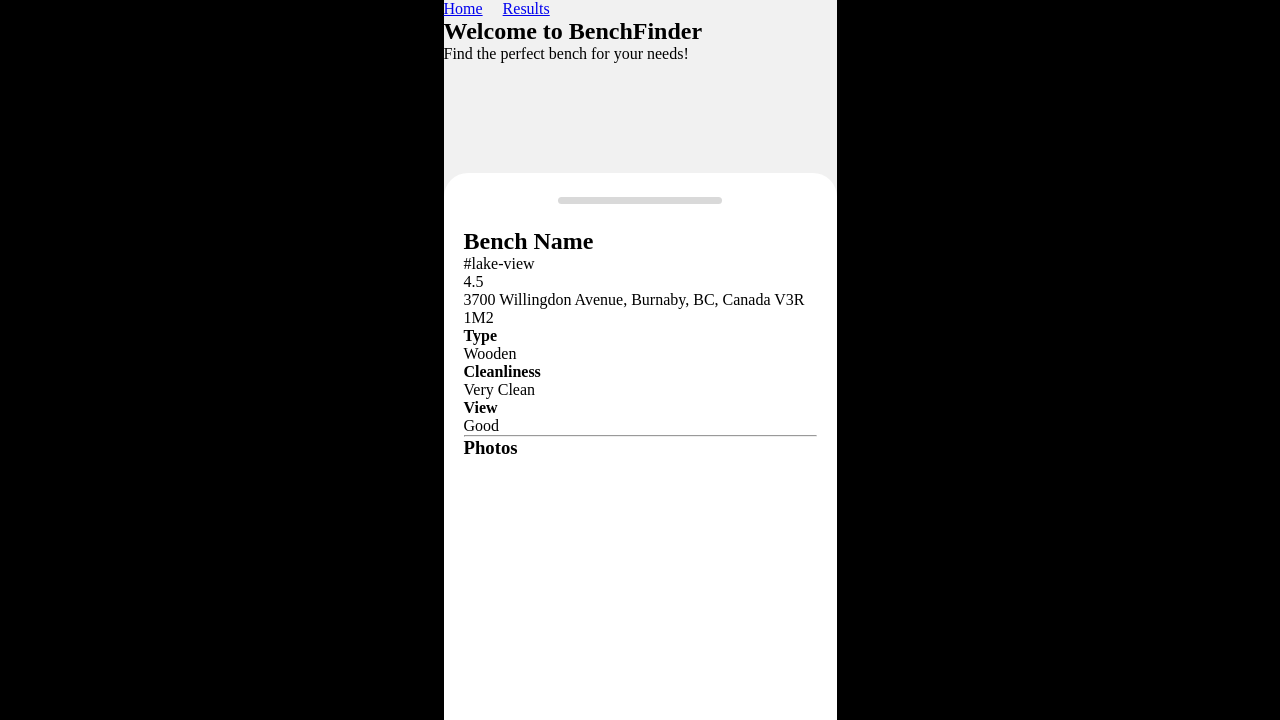
Repository: HidayatPatil/BenchFinder
Page: /
These files come from the project's save history. The page is drawn as it stood at one moment and after the next save; the edit follows.
The browser window is 1280 px wide. The pictures show the whole page.
The project was rebuilt for these pictures with package versions that can differ from the ones it lists, and the page was loaded fresh each time. Also part of the build but not shown: vite.config.js, src/Results.jsx.

Above is the page before, as saved 2025-10-09 21:04:03.

After the next save:
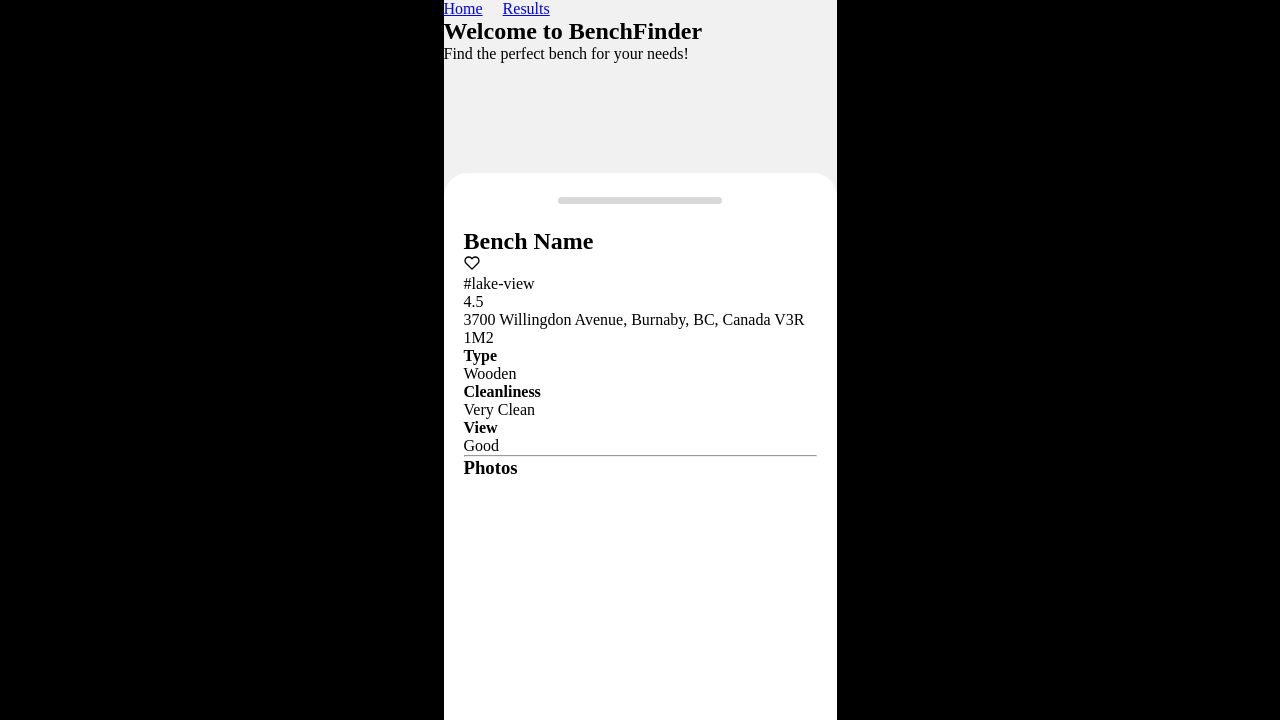
Saved 14 s later.
--- a/src/components/contentDrawer.jsx
+++ b/src/components/contentDrawer.jsx
@@ -9,9 +9,9 @@ export default function ContentDrawer() {
           <div className="metadata_name_options">
             <h2>Bench Name</h2>
             <div className="bench_metadata_options">
-                {/* <img />  add icons here
+                <FiHeart />
                 <img />
-                <img /> */}
+                <img />
             </div>
           </div>
           <div className="metadata_tags_rating">
